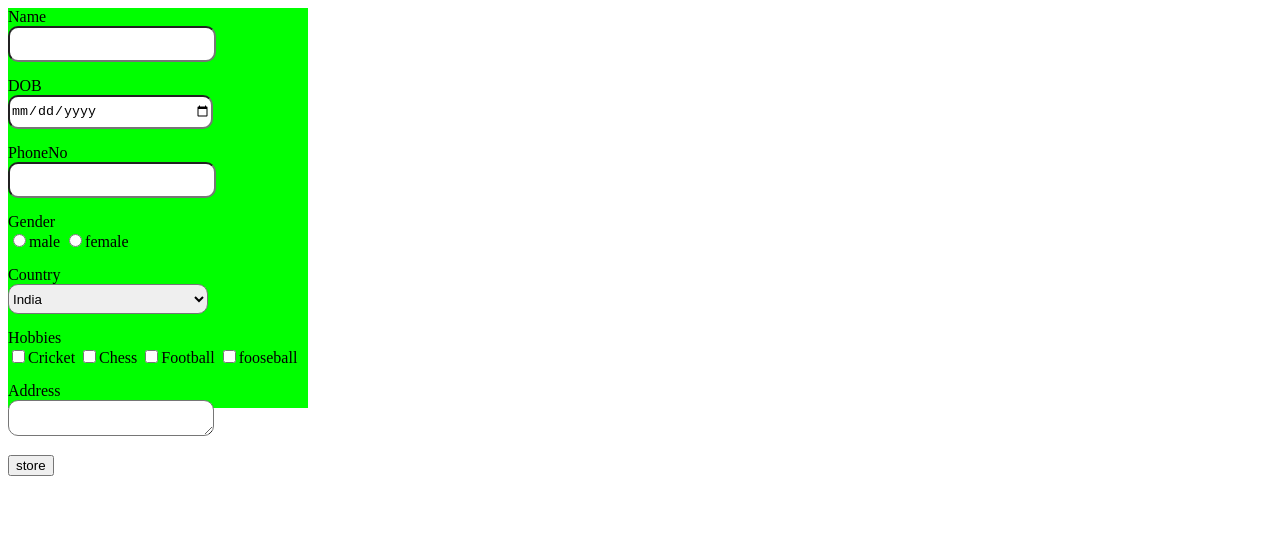
Repository: mnarendra333/batch21_WE
Page: RegApp/WebContent/index.html
These files come from the project's save history. The page is drawn as it stood at one moment and after the next save; the edit follows.
The browser window is 1280 px wide. The pictures show the whole page.

Above is the page before, as saved 2019-02-10 07:21:45.

### RegApp/WebContent/index.html
<!DOCTYPE html>
<html>
<head>
<meta charset="ISO-8859-1">
<title>Insert title here</title>

<style type="text/css">
.mainDiv {
	height: 400px;
	width: 300px;
	background-color: lime;
}

.rowDiv {
	/* display: inline-flex; */
	padding-bottom: 15px;
}

.cInput{
	border-radius: 10px;
    height: 30px;
    width: 200px;
}
</style>
</head>
<body>



	<form action="regsrv" method="post">


		<div class="mainDiv">

			<div class="rowDiv">
				<div>Name</div>
				<div>
					<input type="text" class="cInput" name="uname">
				</div>
			</div>
			<div class="rowDiv">
				<div>DOB</div>
				<div>
					<input type="date" class="cInput" name="dob">
				</div>
			</div>
			<div class="rowDiv">
				<div>PhoneNo</div>
				<div>
					<input type="number" class="cInput" name="phno">
				</div>
			</div>
			<div class="rowDiv">
				<div>Gender</div>
				<div>
					<input type="radio" name="gender" value="male">male <input
						type="radio" name="gender" value="female">female
				</div>
			</div>
			<div class="rowDiv">
				<div>Country</div>
				<div>
					<select name="country" class="cInput">
						<option>India</option>
						<option>China</option>
						<option>Aus</option>
						<option>WI</option>
						<option>Srilanka</option>

					</select>
				</div>
			</div>
			<div class="rowDiv">
				<div>Hobbies</div>
				<div>
					<input type="checkbox" name="hobbies" value="Cricket">Cricket
					<input type="checkbox" name="hobbies" value="Chess">Chess <input
						type="checkbox" name="hobbies" value="Football">Football <input
						type="checkbox" name="hobbies" value="fooseball">fooseball

				</div>
			</div>
			<div class="rowDiv">
				<div>Address</div>
				<div>
					<textarea name="addr" class="cInput"></textarea>
				</div>
			</div>
			<div class="rowDiv">

				<div>
					<input type="submit" value="store">
				</div>
			</div>


		</div>


	</form>

</body>
</html>

After the next save:
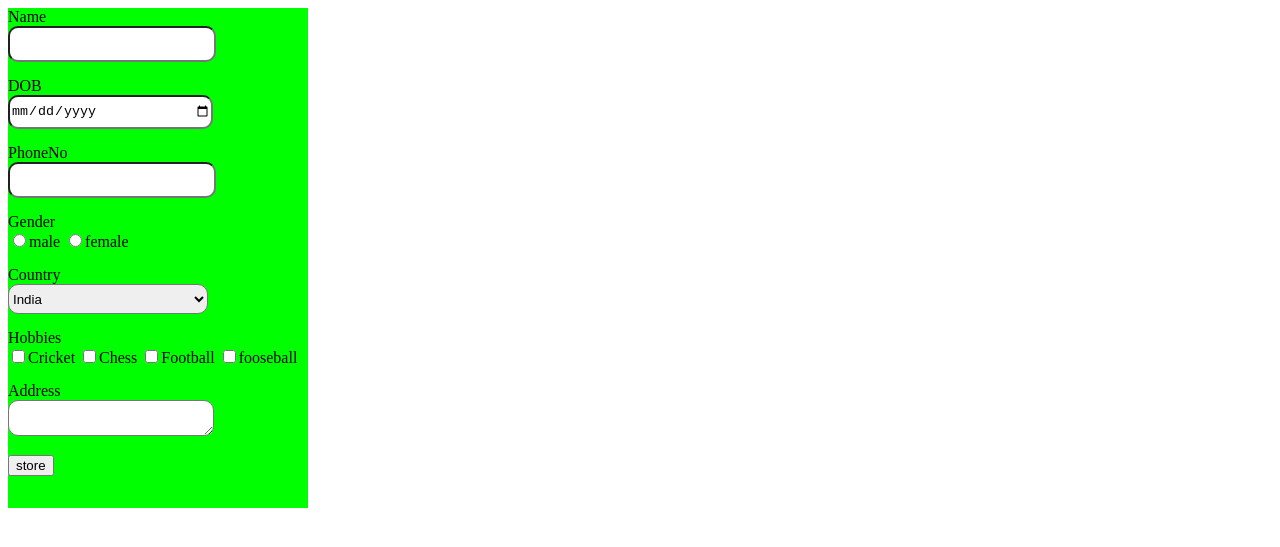
Saved 21 s later.
--- a/RegApp/WebContent/index.html
+++ b/RegApp/WebContent/index.html
@@ -6,7 +6,7 @@
 
 <style type="text/css">
 .mainDiv {
-	height: 400px;
+	height: 500px;
 	width: 300px;
 	background-color: lime;
 }
